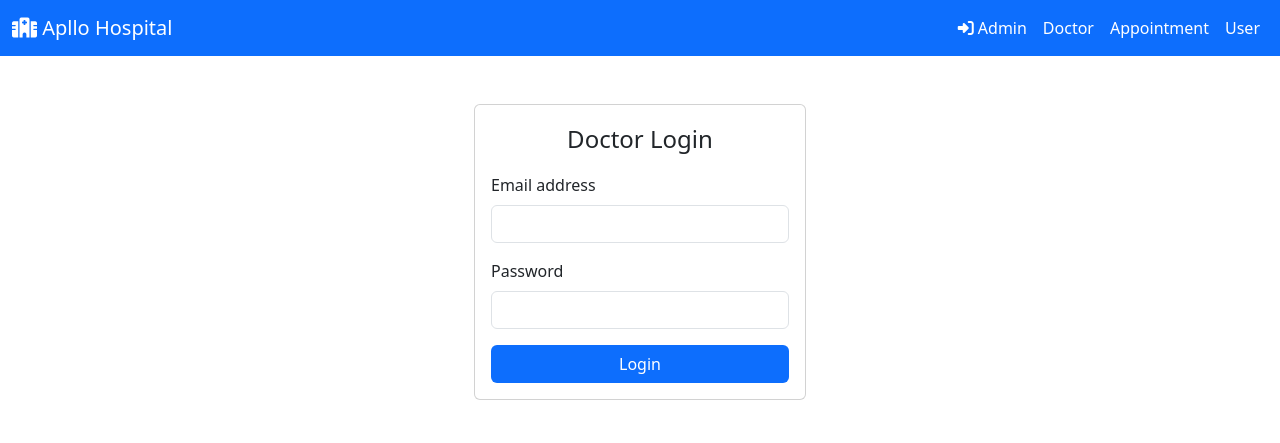
Repository: Subhadip09/Hospital-Management-System
Page: http://localhost/Hospital-Management-System/doctor_login.jsp
An editor plug-in stored every save of this project. The page is shown before and after the next save, followed by the edit.
The browser window is 1280 px wide. The pictures show the whole page.
The page is served by Tomcat 9. Other server files are loaded and not shown.

Above is the page before, as saved 2024-04-06 05:15:57.

### Hospital-Management-System/src/main/webapp/doctor_login.jsp
<%@ page language="java" contentType="text/html; charset=UTF-8"
	pageEncoding="UTF-8"%>
<!DOCTYPE html>
<html>
<head>
<meta charset="UTF-8">
<title>Doctor Login Page</title>
<%@include file="component/allcss.jsp"%>
</head>
<body>
	<%@include file="component/navbar.jsp"%>

	<div class="container p-5">
		<div class="row">
			<div class="col-md-4 offset-md-4">
				<div class="card paint-card">
					<div class="card-body">
						<p class="fs-4 text-center">Doctor Login</p>

						<form action="#" method="post">
							<div class="mb-3">
								<label class="form-label">Email address</label> <input required
									name="email" type="email" class="form-control">
							</div>

							<div class="mb-3">
								<label class="form-label">Password</label> <input required
									name="password" type="password" class="form-control">
							</div>

							<button type="submit" class="btn bg-primary text-white col-md-12">Login</button>
						</form>
					</div>
				</div>
			</div>
		</div>
	</div>
</body>
</html>

### Hospital-Management-System/src/main/webapp/component/allcss.jsp
<link
	href="https://cdn.jsdelivr.net/npm/bootstrap@5.3.3/dist/css/bootstrap.min.css"
	rel="stylesheet"
	integrity="sha384-QWTKZyjpPEjISv5WaRU9OFeRpok6YctnYmDr5pNlyT2bRjXh0JMhjY6hW+ALEwIH"
	crossorigin="anonymous">

<link rel="stylesheet"
	href="https://cdnjs.cloudflare.com/ajax/libs/font-awesome/6.5.2/css/all.min.css"
	integrity="sha512-SnH5WK+bZxgPHs44uWIX+LLJAJ9/2PkPKZ5QiAj6Ta86w+fsb2TkcmfRyVX3pBnMFcV7oQPJkl9QevSCWr3W6A=="
	crossorigin="anonymous" referrerpolicy="no-referrer" />

<script
	src="https://cdn.jsdelivr.net/npm/bootstrap@5.3.3/dist/js/bootstrap.bundle.min.js"
	integrity="sha384-YvpcrYf0tY3lHB60NNkmXc5s9fDVZLESaAA55NDzOxhy9GkcIdslK1eN7N6jIeHz"
	crossorigin="anonymous"></script>

### Hospital-Management-System/src/main/webapp/component/navbar.jsp
<nav class="navbar navbar-expand-lg navbar-dark bg-primary">
	<div class="container-fluid">
		<a class="navbar-brand" href="index.jsp"><i class="fa-solid fa-hospital"></i> Apllo Hospital</a>
		<button class="navbar-toggler" type="button" data-bs-toggle="collapse"
			data-bs-target="#navbarSupportedContent"
			aria-controls="navbarSupportedContent" aria-expanded="false"
			aria-label="Toggle navigation">
			<span class="navbar-toggler-icon"></span>
		</button>
		<div class="collapse navbar-collapse" id="navbarSupportedContent">
			<ul class="navbar-nav ms-auto mb-2 mb-lg-0">

				<li class="nav-item"><a class="nav-link active"
					aria-current="page" href="admin_login.jsp"><i class="fa-solid fa-right-to-bracket"></i> Admin</a></li>

				<li class="nav-item"><a class="nav-link active"
					aria-current="page" href="doctor_login.jsp">Doctor</a></li>

				<li class="nav-item"><a class="nav-link active"
					aria-current="page" href="#">Appointment</a></li>

				<li class="nav-item"><a class="nav-link active"
					aria-current="page" href="user_login.jsp">User</a></li>


				<!-- <li class="nav-item dropdown"><a
					class="nav-link dropdown-toggle" href="#" role="button"
					data-bs-toggle="dropdown" aria-expanded="false"> Dropdown </a>
					<ul class="dropdown-menu">
						<li><a class="dropdown-item" href="#">Action</a></li>
						<li><a class="dropdown-item" href="#">Another action</a></li>
						<li><hr class="dropdown-divider"></li>
						<li><a class="dropdown-item" href="#">Something else here</a></li>
					</ul></li> -->


			</ul>
		</div>
	</div>
</nav>

After the next save:
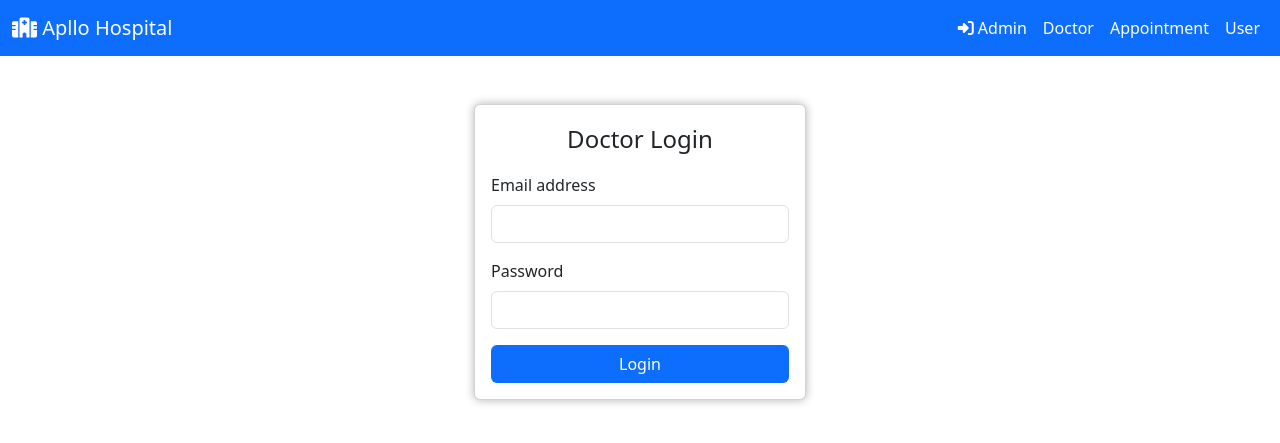
Saved 45 s later.
--- a/Hospital-Management-System/src/main/webapp/doctor_login.jsp
+++ b/Hospital-Management-System/src/main/webapp/doctor_login.jsp
@@ -6,6 +6,13 @@
 <meta charset="UTF-8">
 <title>Doctor Login Page</title>
 <%@include file="component/allcss.jsp"%>
+
+<style type="text/css">
+.paint-card {
+	box-shadow: 0 0 10px 0 rgba(0, 0, 0, 0.3);
+}
+</style>
+
 </head>
 <body>
 	<%@include file="component/navbar.jsp"%>
